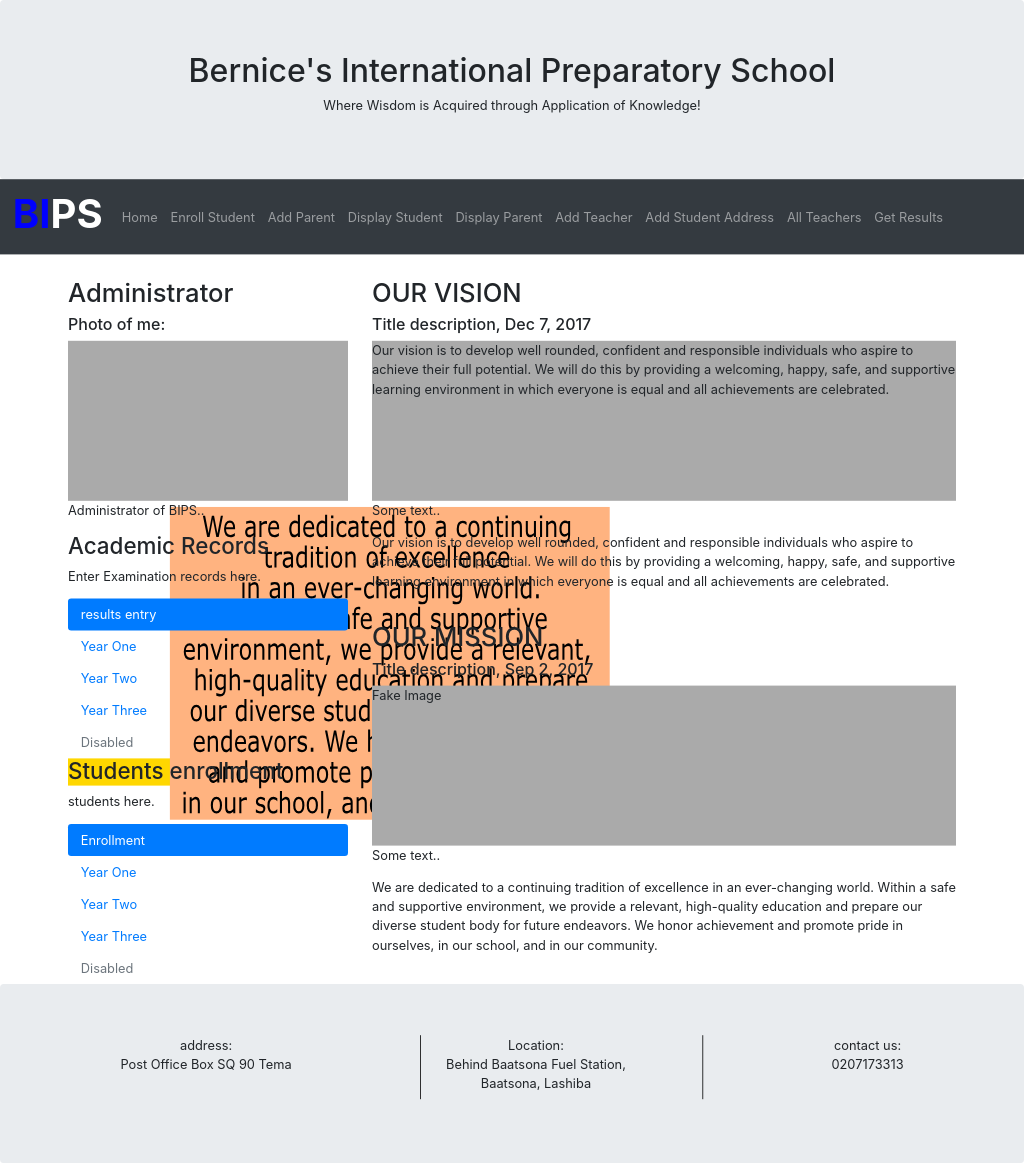
Repository: joseackah/eclipse-workspace
Page: http://localhost/com.school.mgt.system.Front.End/WEB-INF/views/adminPageExample.jsp
The author's editor kept a copy of each file at every save. The page is drawn from the files as they stood at one save, then again after the next save.
The browser window is 1280 px wide. The pictures show the whole page, at 80% of full size.
The page is served by Tomcat 9. Nobody is signed in. The template is opened directly, without the code that normally fills it, so the values that code supplies are empty.

Above is the page before, as saved 2021-08-12 21:13:21.

After the next save:
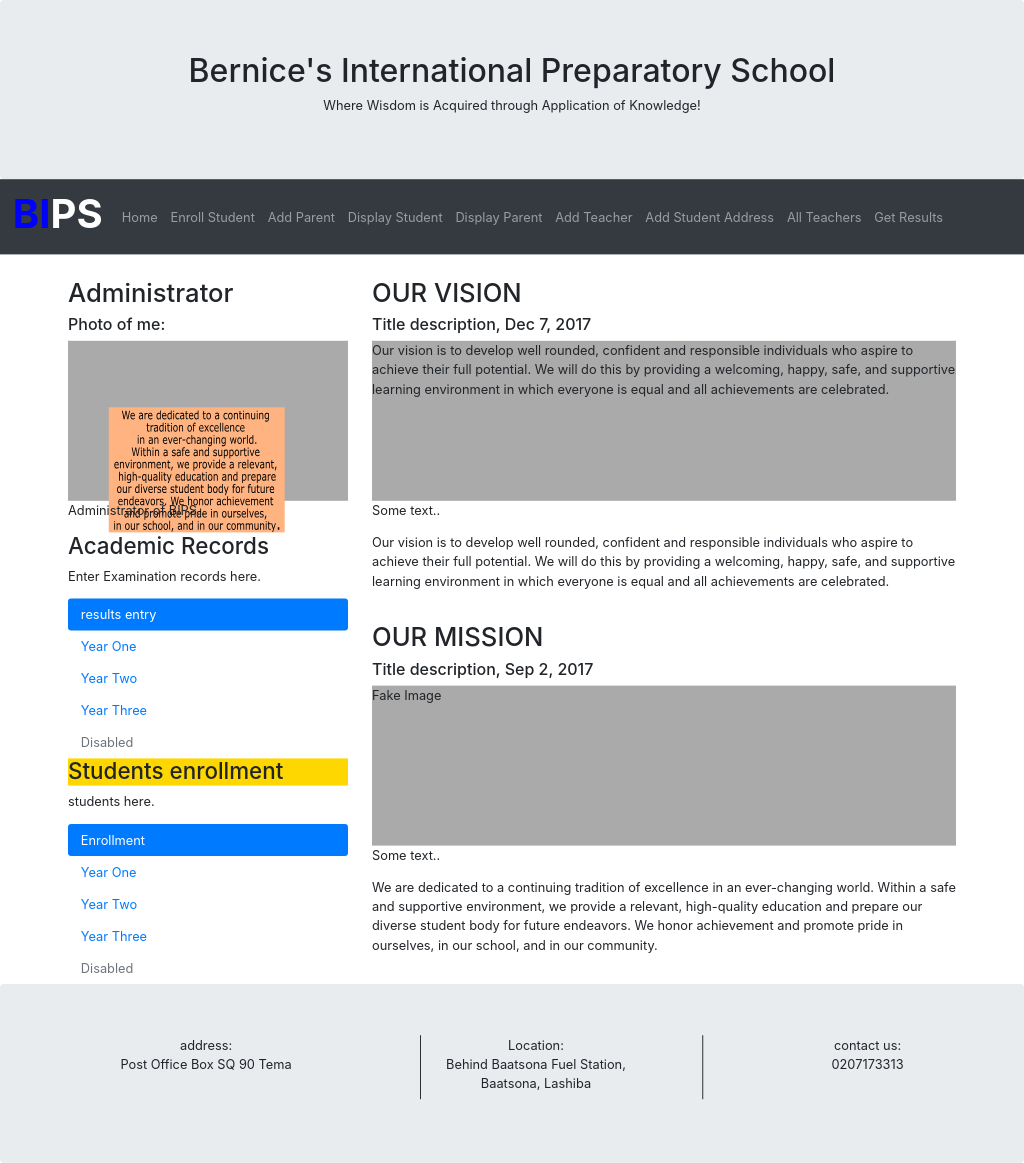
Saved 14 s later.
--- a/com.school.mgt.system.Front.End/src/main/webapp/WEB-INF/views/adminPageExample.jsp
+++ b/com.school.mgt.system.Front.End/src/main/webapp/WEB-INF/views/adminPageExample.jsp
@@ -67,7 +67,7 @@
     <div class="col-sm-4">
       <h2>Administrator</h2>
       <h5>Photo of me:</h5>
-      <div class="fakeimg"> <img alt="our mision" src="${pageContext.request.contextPath}/resources/svg/mission.svg" style="width:50em; height:50em;"/>  </div>
+      <div class="fakeimg"> <img alt="our mision" src="${pageContext.request.contextPath}/resources/svg/mission.svg" style="width:20em; height:20em;"/>  </div>
       <p>Administrator of BIPS..</p>
 
     <!--   academic record start here -->
